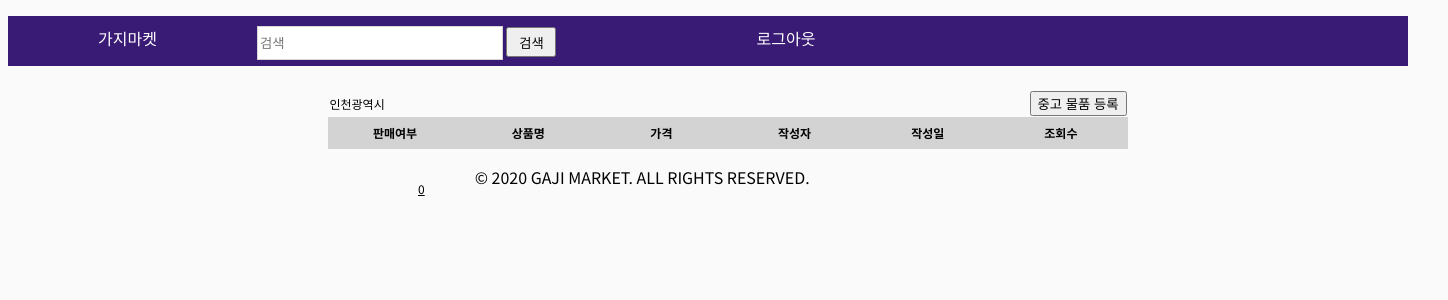
Repository: dblee0128/gajimarket
Page: http://localhost/GajiMarket/WEB-INF/views/board/get.jsp
These files come from the project's save history. The page is drawn as it stood at one moment and after the next save; the edit follows.
The browser window is 1280 px wide. The page is 1448 px wide, so the pictures cover 1448 px, including what lies to the right of the window. The pictures show the whole page.
The page is served by Tomcat 9. Nobody is signed in. The template is opened directly, without the code that normally fills it, so the values that code supplies are empty.

Above is the page before, as saved 2020-10-31 01:54:59.

After the next save:
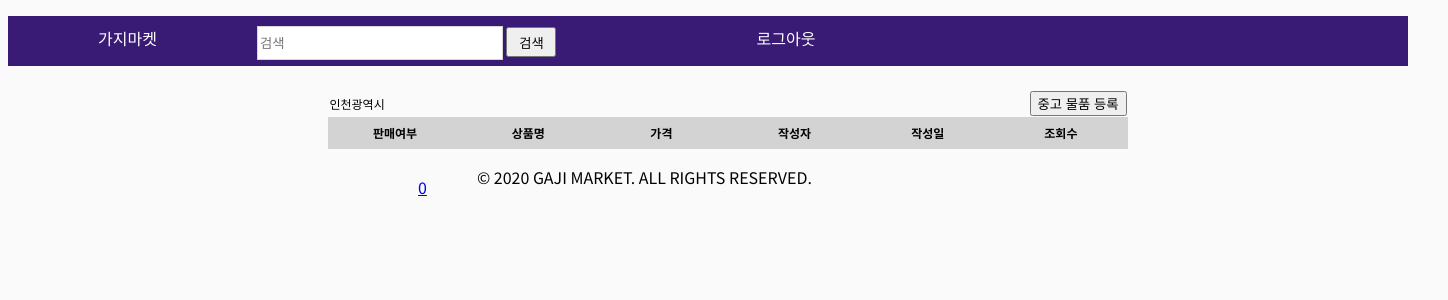
Saved 46 s later.
--- a/GajiMarket/src/main/webapp/resources/css/board.css
+++ b/GajiMarket/src/main/webapp/resources/css/board.css
@@ -48,7 +48,7 @@ body {
 	width: 100px;
 }
 
-.link {
+#link {
 	color: black;
 	font-size: 12px;
 }
